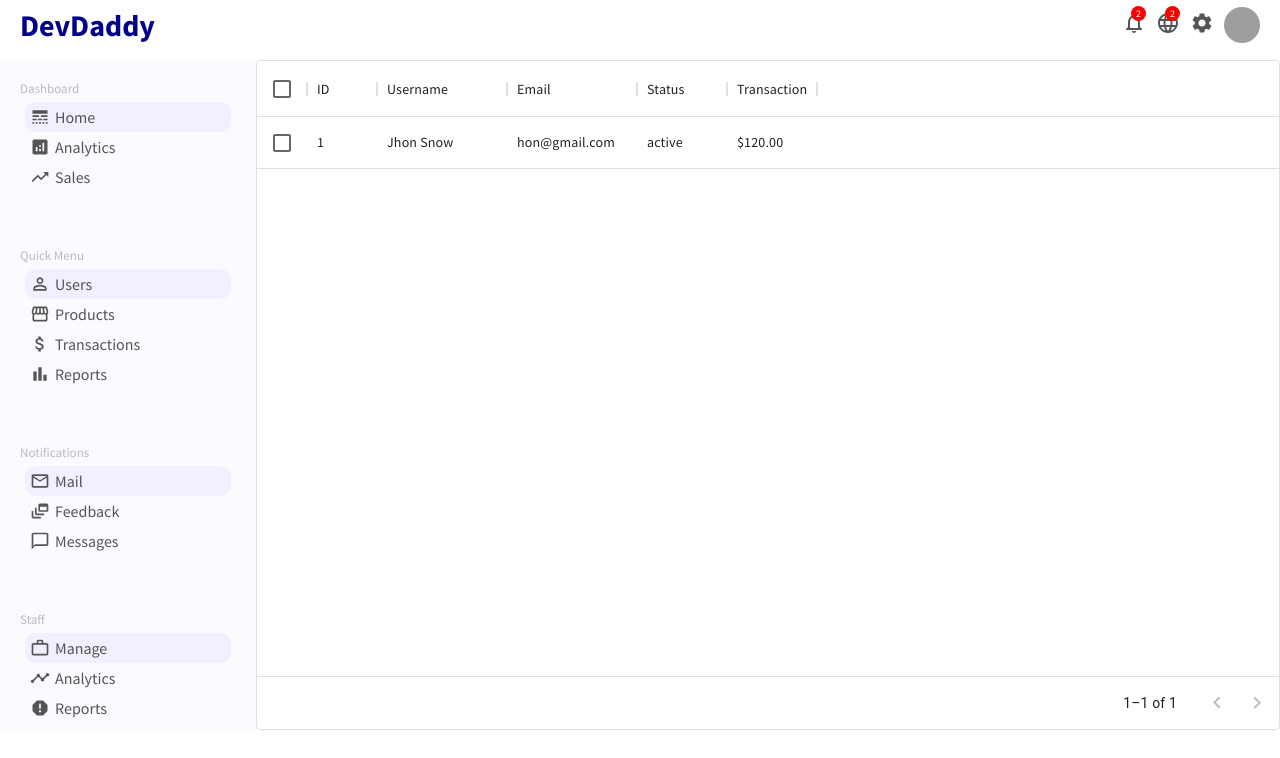
Repository: Marhamat92/react-admin-dashboard
Page: /users
These files come from the project's save history. The page is drawn as it stood at one moment and after the next save; the edit follows.
The browser window is 1280 px wide. The pictures show the whole page.
Pictures or frames that could not be fetched are drawn as grey boxes. The project was rebuilt for these pictures with package versions that can differ from the ones it lists, and the page was loaded fresh each time. Also part of the build but not shown: src/pages/home/home.scss, src/components/featuredInfo/featuredInfo.scss, src/components/featuredInfo/FeaturedInfo.js, src/components/chart/chart.scss, src/components/chart/Chart.js, src/data/userData.js, src/components/widgetSm/widgetSm.scss, src/components/widgetSm/WidgetSm.js and 3 more.

Above is the page before, as saved 2023-02-10 21:48:18.

After the next save:
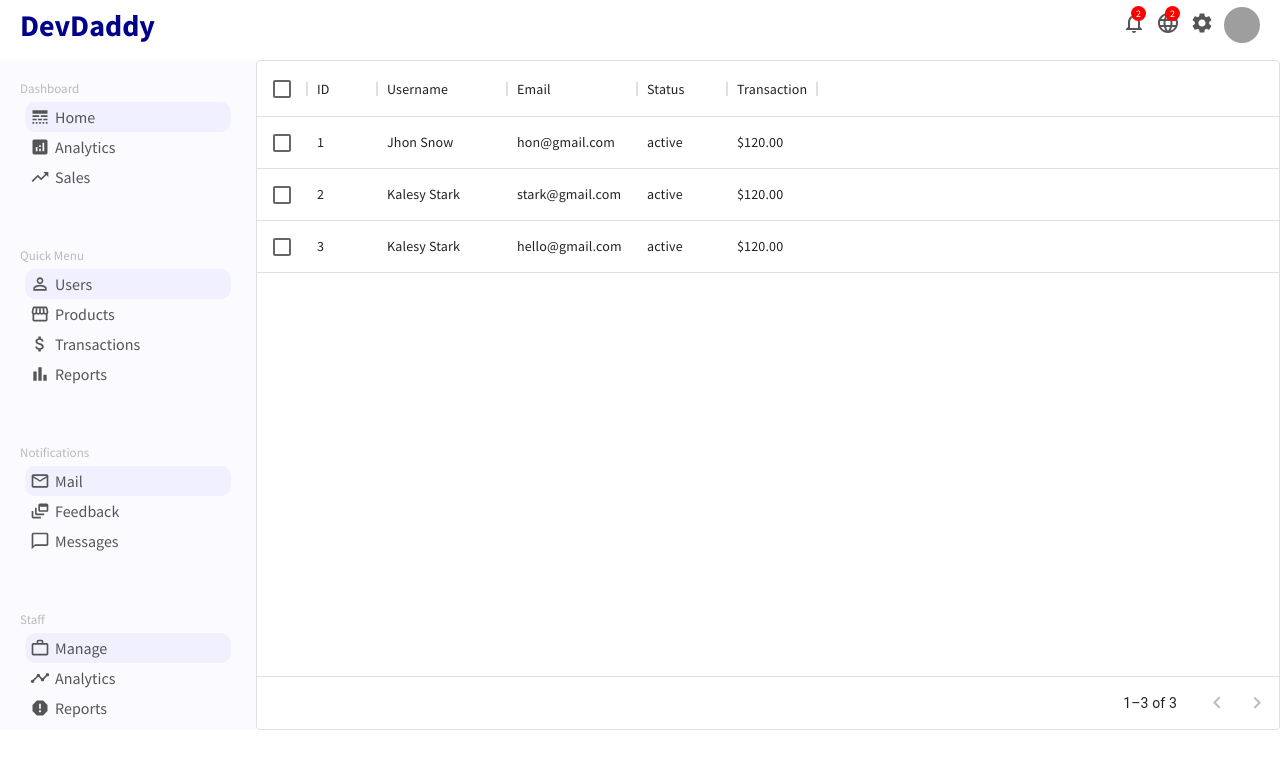
Saved 2 min 18 s later.
--- a/src/pages/userList/UserList.js
+++ b/src/pages/userList/UserList.js
@@ -20,6 +20,12 @@ const columns = [
 
 const rows = [
   { id: 1, username: 'Jhon Snow', avatar: 'https://images.unsplash.com/photo-1627335050929-6b8b5b5e6f0c?ixid=MnwxMjA3fDB8MHxwaG90by1wYWdlfHx8fGVufDB8fHx8&ixlib=rb-1.2.1&auto=format&fit=crop&w=500&q=60', email: "hon@gmail.com", status: "active", transaction: "$120.00" },
+  {
+    id: 2, username: 'Kalesy Stark', avatar: 'https://images.unsplash.com/photo-1627335050929-6b8b5b5e6f0c?ixid=MnwxMjA3fDB8MHxwaG90by1wYWdlfHx8fGVufDB8fHx8&ixlib=rb-1.2.1&auto=format&fit=crop&w=500&q=60', email: "stark@gmail.com", status: "active", transaction: "$120.00"
+  },
+  {
+    id: 3, username: 'Kalesy Stark', avatar: 'https://images.unsplash.com/photo-1627335050929-6b8b5b5e6f0c?ixid=MnwxMjA3fDB8MHxwaG90by1wYWdlfHx8fGVufDB8fHx8&ixlib=rb-1.2.1&auto=format&fit=crop&w=500&q=60', email: "hello@gmail.com", status: "active", transaction: "$120.00"
+  }
 
 ];
 
